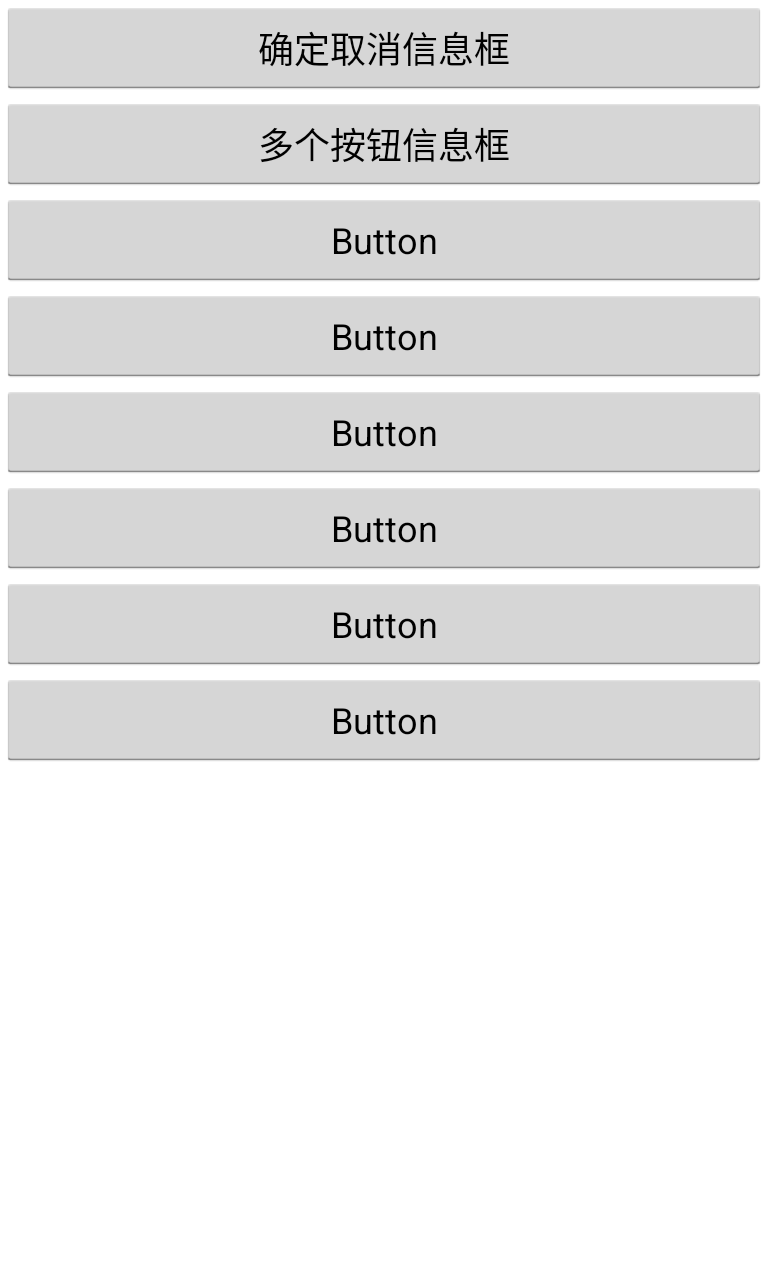
Repository: wissne/mapleproject
Layout: Android/12.Dialog/res/layout/activity_main.xml
The author's editor kept a copy of each file at every save. The layout is drawn from the files as they stood at one save, then again after the next save.
It is drawn on a 768 x 1280 px phone screen (xhdpi) without system bars, with theme AppTheme; the app's code is not run.

Above is the layout before, as saved 2012-12-16 03:27:14.

After the next save:
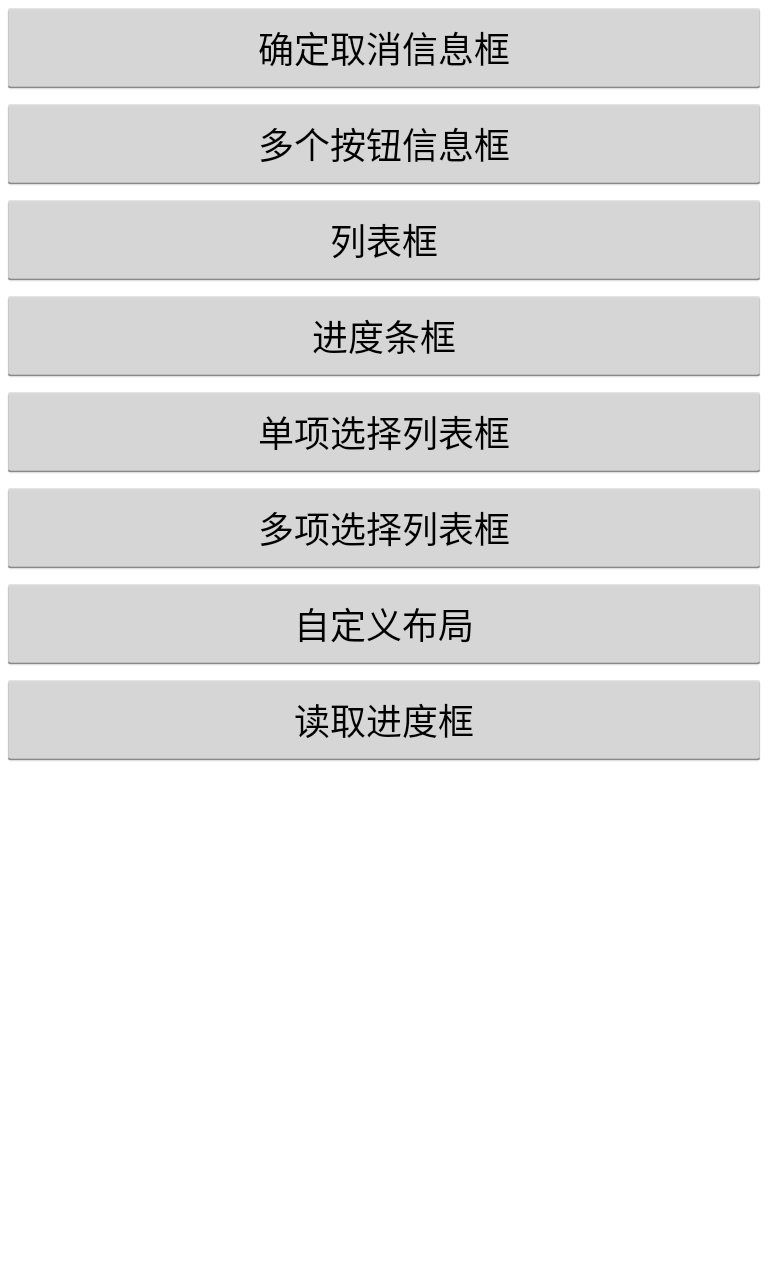
Saved 2 min 11 s later.
--- a/Android/12.Dialog/res/layout/activity_main.xml
+++ b/Android/12.Dialog/res/layout/activity_main.xml
@@ -23,36 +23,36 @@
         android:id="@+id/Button03"
         android:layout_width="match_parent"
         android:layout_height="wrap_content"
-        android:text="Button" />
+        android:text="列表框" />
 
     <Button
         android:id="@+id/Button04"
         android:layout_width="match_parent"
         android:layout_height="wrap_content"
-        android:text="Button" />
+        android:text="进度条框" />
 
     <Button
         android:id="@+id/Button05"
         android:layout_width="match_parent"
         android:layout_height="wrap_content"
-        android:text="Button" />
+        android:text="单项选择列表框" />
 
     <Button
         android:id="@+id/Button06"
         android:layout_width="match_parent"
         android:layout_height="wrap_content"
-        android:text="Button" />
+        android:text="多项选择列表框" />
 
     <Button
         android:id="@+id/Button07"
         android:layout_width="match_parent"
         android:layout_height="wrap_content"
-        android:text="Button" />
+        android:text="自定义布局" />
 
     <Button
         android:id="@+id/Button08"
         android:layout_width="match_parent"
         android:layout_height="wrap_content"
-        android:text="Button" />
+        android:text="读取进度框" />
 
 </LinearLayout>
